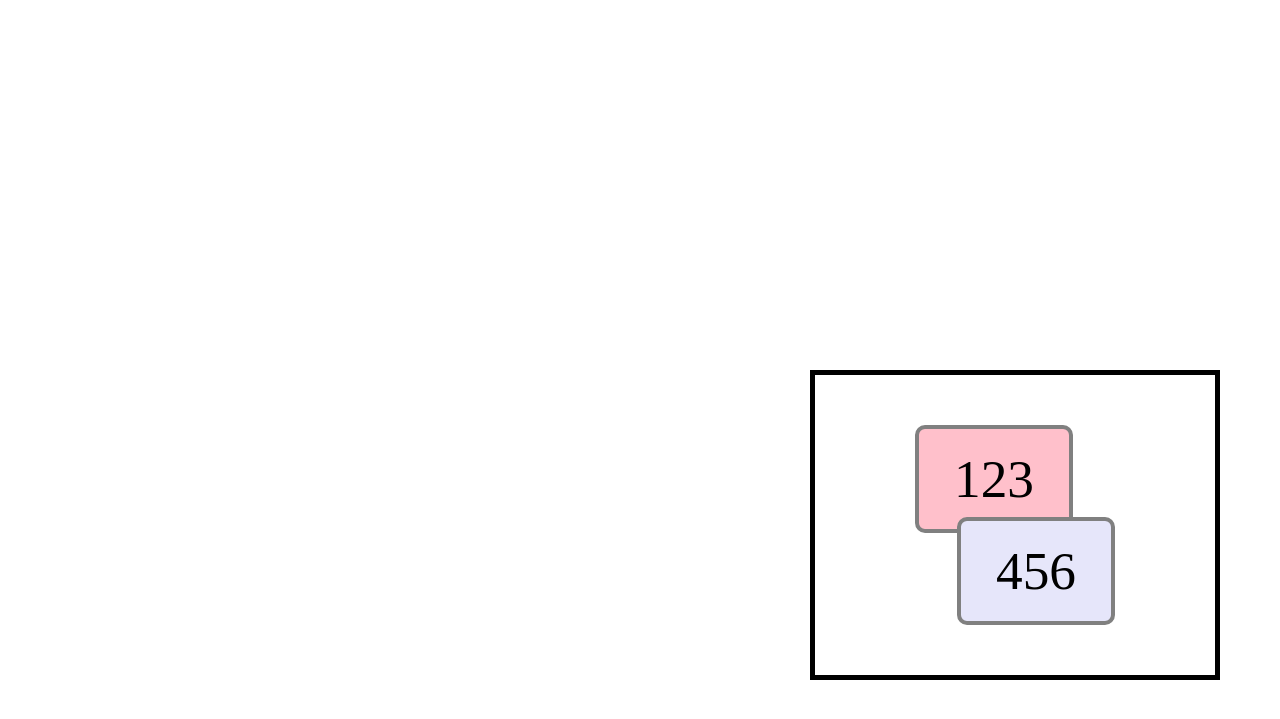
Repository: sangah-park98/jsp-class
Page: k20230508_1_css/src/main/webapp/26_요소정렬4.html
The author's editor kept a copy of each file at every save. The page is drawn from the files as they stood at one save, then again after the next save.
The browser window is 1280 px wide. The pictures show the whole page.

Above is the page before, as saved 2023-05-09 08:07:22.

After the next save:
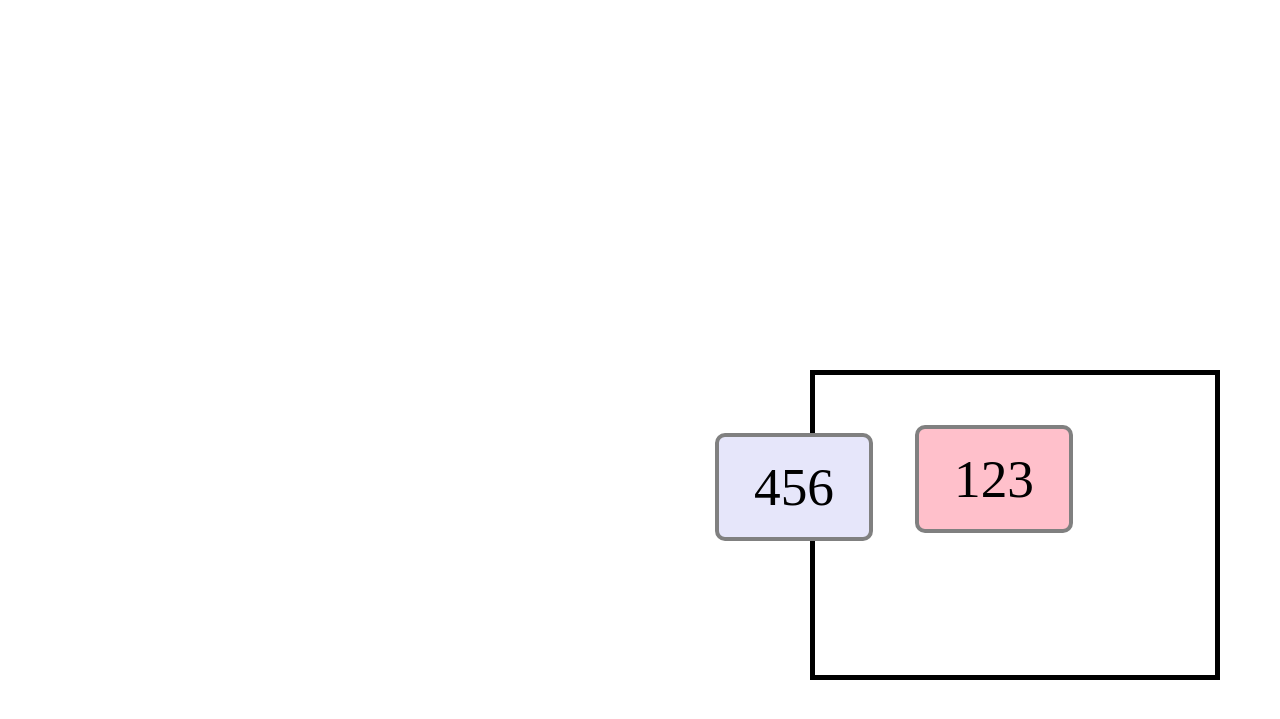
Saved 2 min 21 s later.
--- a/k20230508_1_css/src/main/webapp/26_요소정렬4.html
+++ b/k20230508_1_css/src/main/webapp/26_요소정렬4.html
@@ -44,7 +44,7 @@
 		justify-content: center;
 		align-items: center;
 
-		position: absolute;
+		position: relative;
 		top: 50px;
 		left: 100px;
 	}
@@ -59,7 +59,7 @@
 		justify-content: center;
 		align-items: center;
 
-		position: absolute;
+		position: relative;
 		bottom: 50px;
 		right: 100px;
 	}
